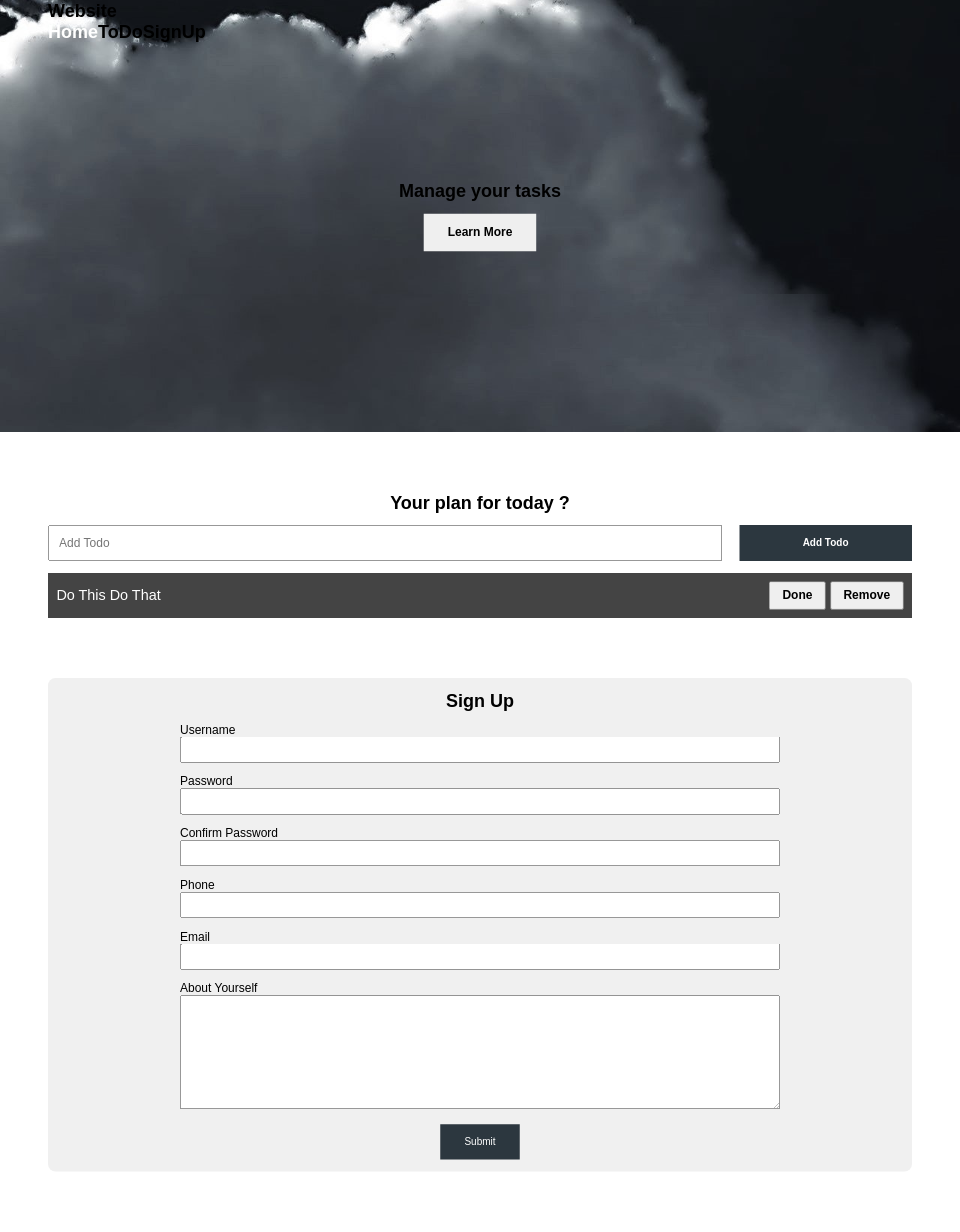
Repository: codewithfaizan/JavaScriptSelf
Page: 27.08.2022/index.html
The author's editor kept a copy of each file at every save. The page is drawn from the files as they stood at one save, then again after the next save.
The browser window is 1280 px wide. The pictures show the whole page, at 75% of full size.

Above is the page before, as saved 2022-08-27 17:04:24.

After the next save:
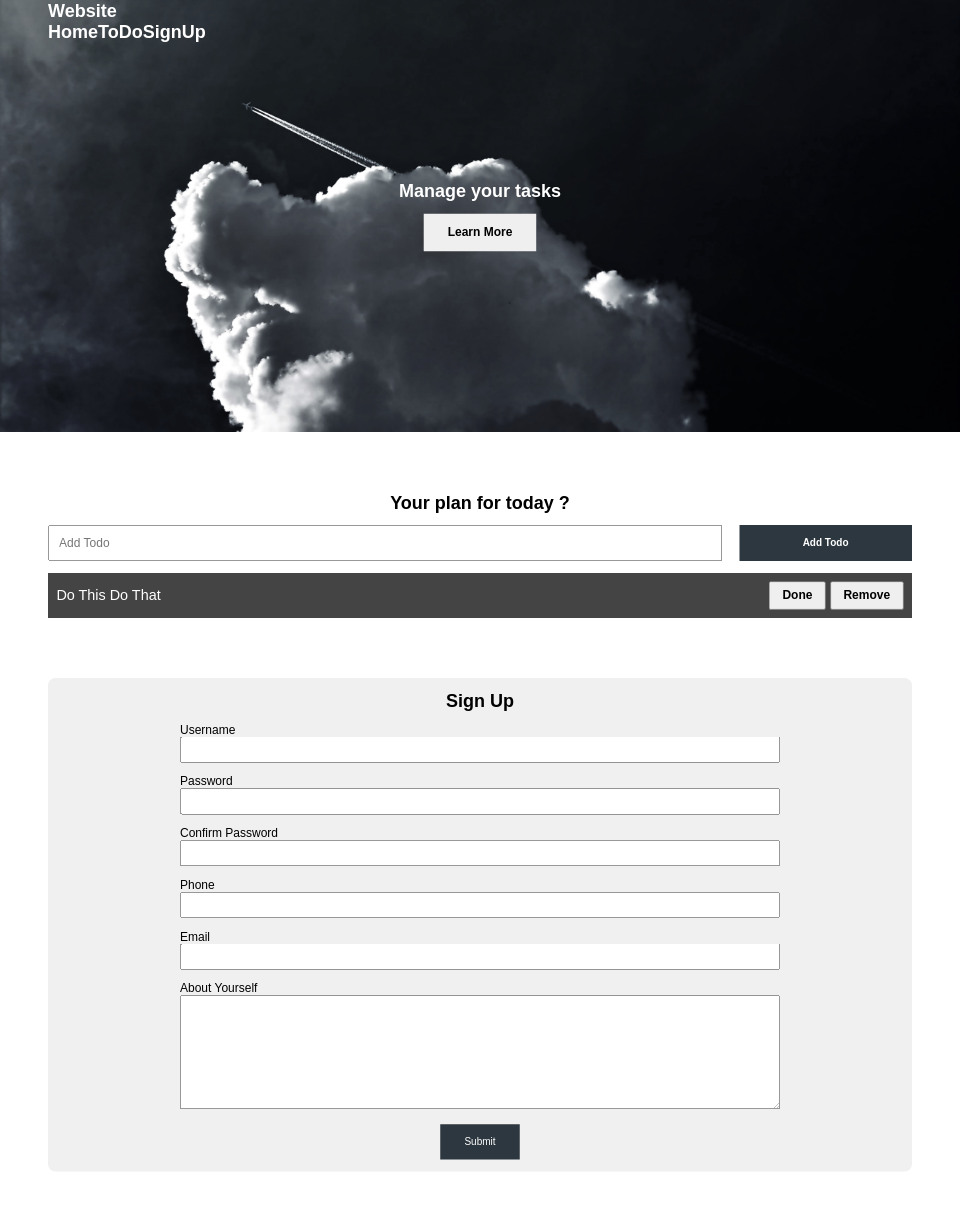
Saved 5 s later.
--- a/27.08.2022/style.css
+++ b/27.08.2022/style.css
@@ -18,7 +18,7 @@ a{
     background-image: url(./pexels-sevenstorm-juhaszimrus-1302330.jpg);
     background-position: center;
     background-repeat: no-repeat;
-    backg
+    background-size: cover;
     color: white;
 }
 
